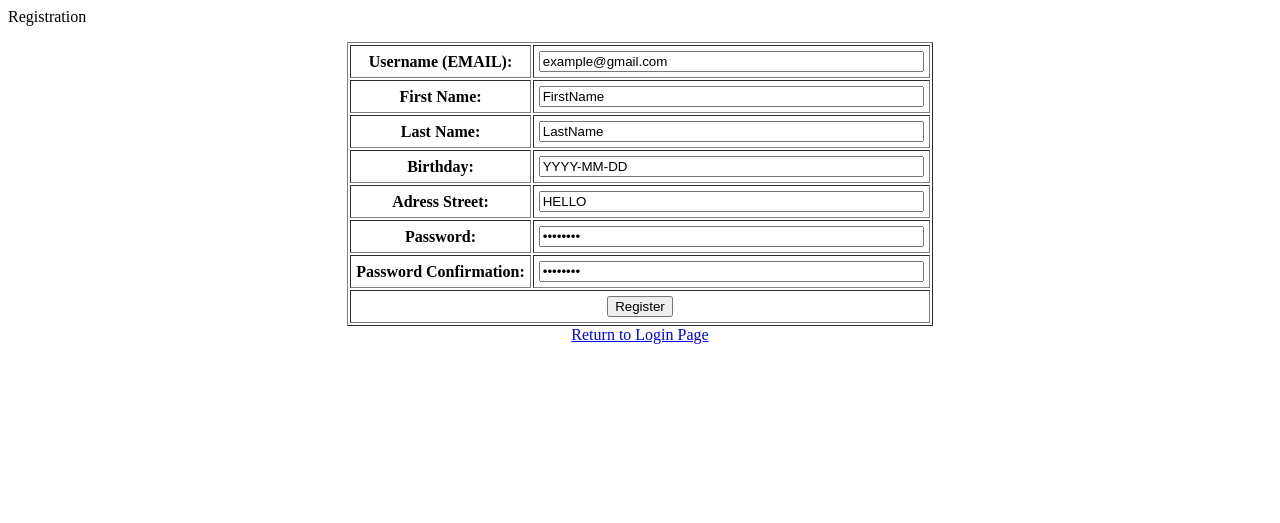
Repository: jrule5960/Tree-Cutting-Database
Page: http://localhost/database/register.jsp
The author's editor kept a copy of each file at every save. The page is drawn from the files as they stood at one save, then again after the next save.
The browser window is 1280 px wide. The pictures show the whole page.
The page is served by Tomcat 9. Other server files are loaded and not shown.

Above is the page before, as saved 2023-10-16 16:32:01.

### database/WebContent/register.jsp
<%@ page language="java" contentType="text/html; charset=ISO-8859-1"
    pageEncoding="ISO-8859-1"%>
<!DOCTYPE html>
<html>
<head><title>Registration</title></head>
<body>
<head>Registration</head>

	<div align="center">
		<p> ${errorOne } </p>
		<p> ${errorTwo } </p>
		<form action="register">
			<table border="1" cellpadding="5">
				<tr>
					<th>Username (EMAIL): </th>
					<td align="center" colspan="3">
						<input type="text" name="email" size="45"  value="example@gmail.com" onfocus="this.value=''">
					</td>
				</tr>
				<tr>
					<th>First Name: </th>
					<td align="center" colspan="3">
						<input type="text" name="firstName" size="45" value="FirstName" onfocus="this.value=''">
					</td>
				</tr>
				<tr>
					<th>Last Name: </th>
					<td align="center" colspan="3">
						<input type="text" name="lastName" size="45" value="LastName" onfocus="this.value=''">
					</td>
				</tr>
				<tr>
					<th>Birthday: </th>
					<td align="center" colspan="3">
						<input type="text" name="birthday" size="45" value="YYYY-MM-DD" onfocus="this.value=''">
					</td>

				</tr>

				<tr>
					<th>Adress Street: </th>
					<td align="center" colspan="3">
						<input type="text" name="adress_street" size="45" value="HELLO" onfocus="this.value=''">
					</td>

				</tr>

				<tr>
					<th>Password: </th>
					<td align="center" colspan="3">
						<input type="password" name="password" size="45" value="password" onfocus="this.value=''">
					</td>
				</tr>
				<tr>
					<th>Password Confirmation: </th>
					<td align="center" colspan="3">
						<input type="password" name="confirmation" size="45" value="password" onfocus="this.value=''">
					</td>

				</tr>
				<tr>
					<td align="center" colspan="5">
						<input type="submit" value="Register"/>
					</td>
				</tr>
			</table>
			<a href="login.jsp" target="_self">Return to Login Page</a>
		</form>
	</div>
</body>

After the next save:
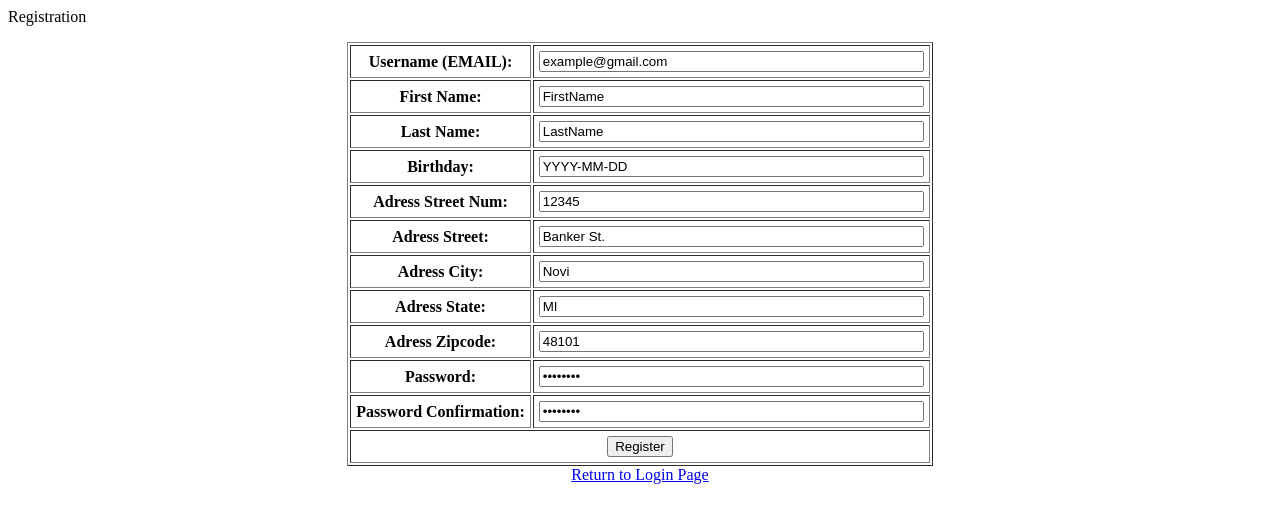
Saved 9 min 0 s later.
--- a/database/WebContent/register.jsp
+++ b/database/WebContent/register.jsp
@@ -38,9 +38,38 @@
 				</tr>
 
 				<tr>
+					<th>Adress Street Num: </th>
+					<td align="center" colspan="3">
+						<input type="text" name="adress_street_num" size="45" value="12345" onfocus="this.value=''">
+					</td>
+
+				</tr>
+				<tr>
 					<th>Adress Street: </th>
 					<td align="center" colspan="3">
-						<input type="text" name="adress_street" size="45" value="HELLO" onfocus="this.value=''">
+						<input type="text" name="adress_street" size="45" value="Banker St." onfocus="this.value=''">
+					</td>
+
+				</tr>
+
+				<tr>
+					<th>Adress City: </th>
+					<td align="center" colspan="3">
+						<input type="text" name="adress_city" size="45" value="Novi" onfocus="this.value=''">
+					</td>
+
+				</tr>
+				<tr>
+					<th>Adress State: </th>
+					<td align="center" colspan="3">
+						<input type="text" name="adress_state" size="45" value="MI" onfocus="this.value=''">
+					</td>
+
+				</tr>
+				<tr>
+					<th>Adress Zipcode: </th>
+					<td align="center" colspan="3">
+						<input type="text" name="adress_zip_code" size="45" value="48101" onfocus="this.value=''">
 					</td>
 
 				</tr>
